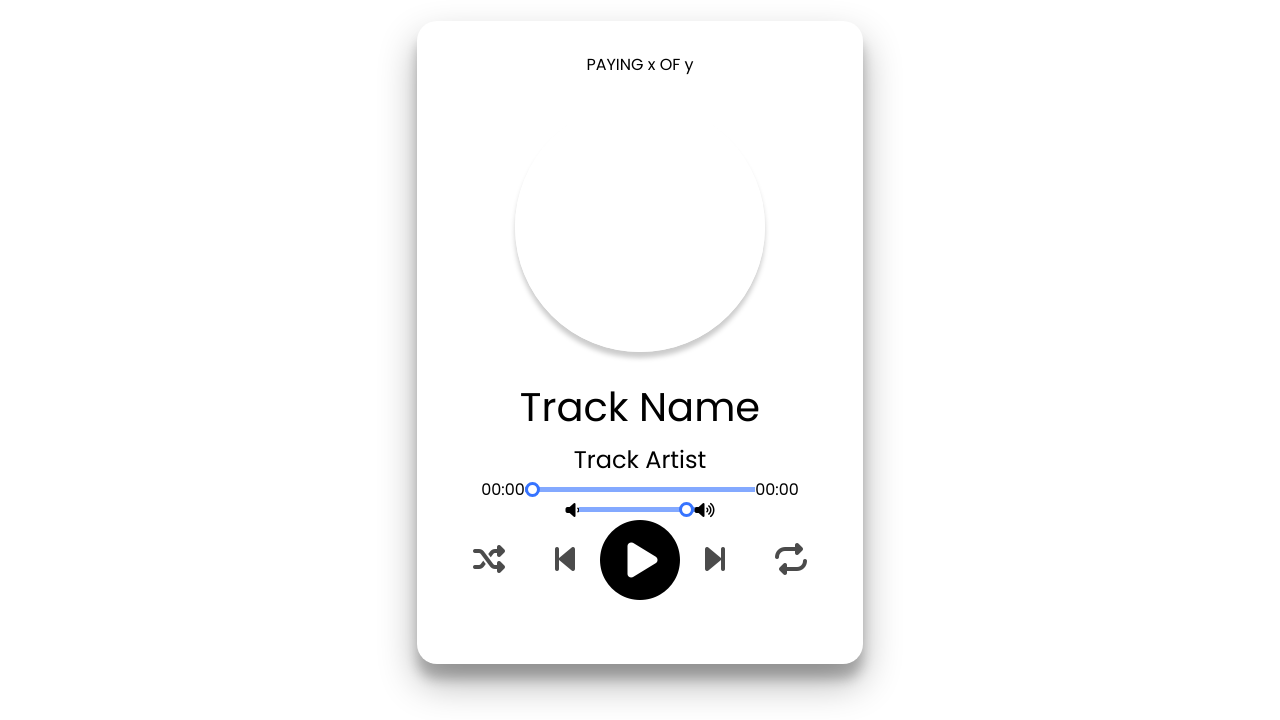
Repository: NguyenVietPhuQuy/Javascript-AudioPlayer
Page: index.html
The author's editor kept a copy of each file at every save. The page is drawn from the files as they stood at one save, then again after the next save.
The browser window is 1280 px wide. The pictures show the whole page.

Above is the page before, as saved 2022-11-09 08:52:15.

After the next save:
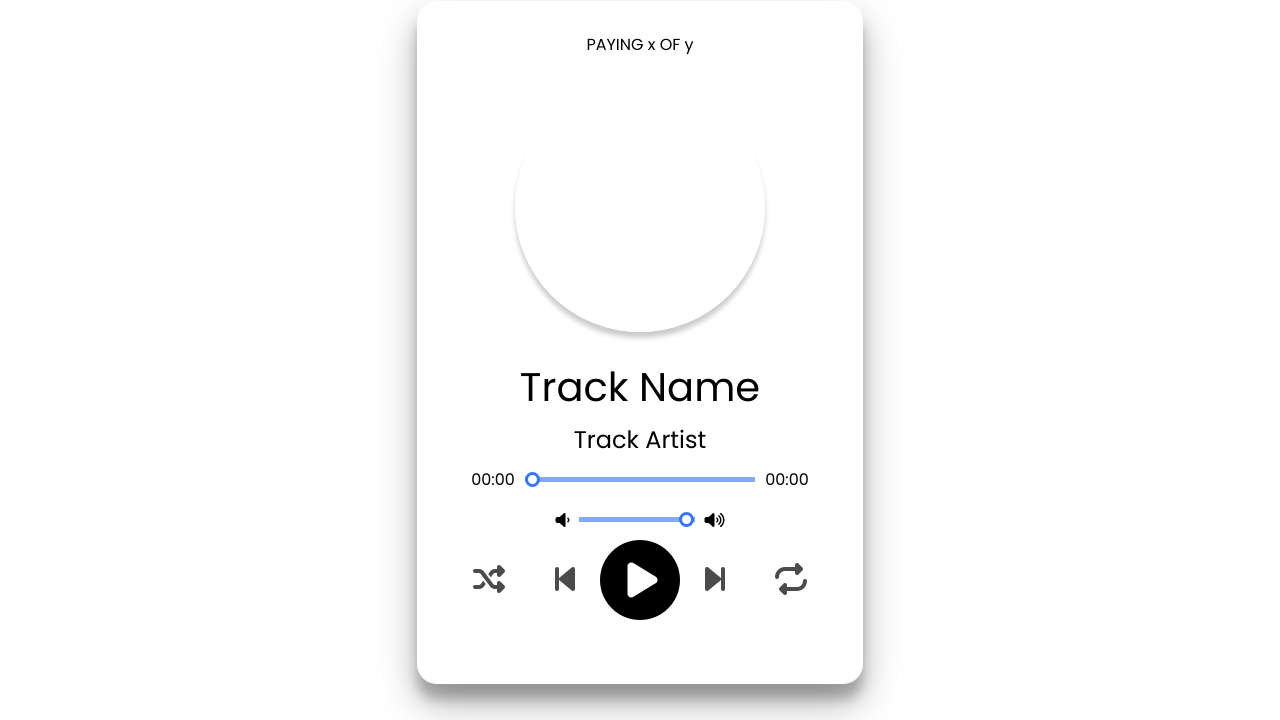
Saved 2 min 7 s later.
--- a/index.css
+++ b/index.css
@@ -106,3 +106,18 @@ img{
 .volume_slider{
     width: 30%;
 }
+.current-time,
+.total-duration{
+    padding: 10px;
+}
+i.fa-volume-down,
+i.fa-volume-up{
+    padding:10px ;
+}
+i,
+i.fa-play-circle,
+i.fa-pause-circle,
+i.fa-step-forward,
+i.fa-step-backward{
+    cursor: pointer;
+}
